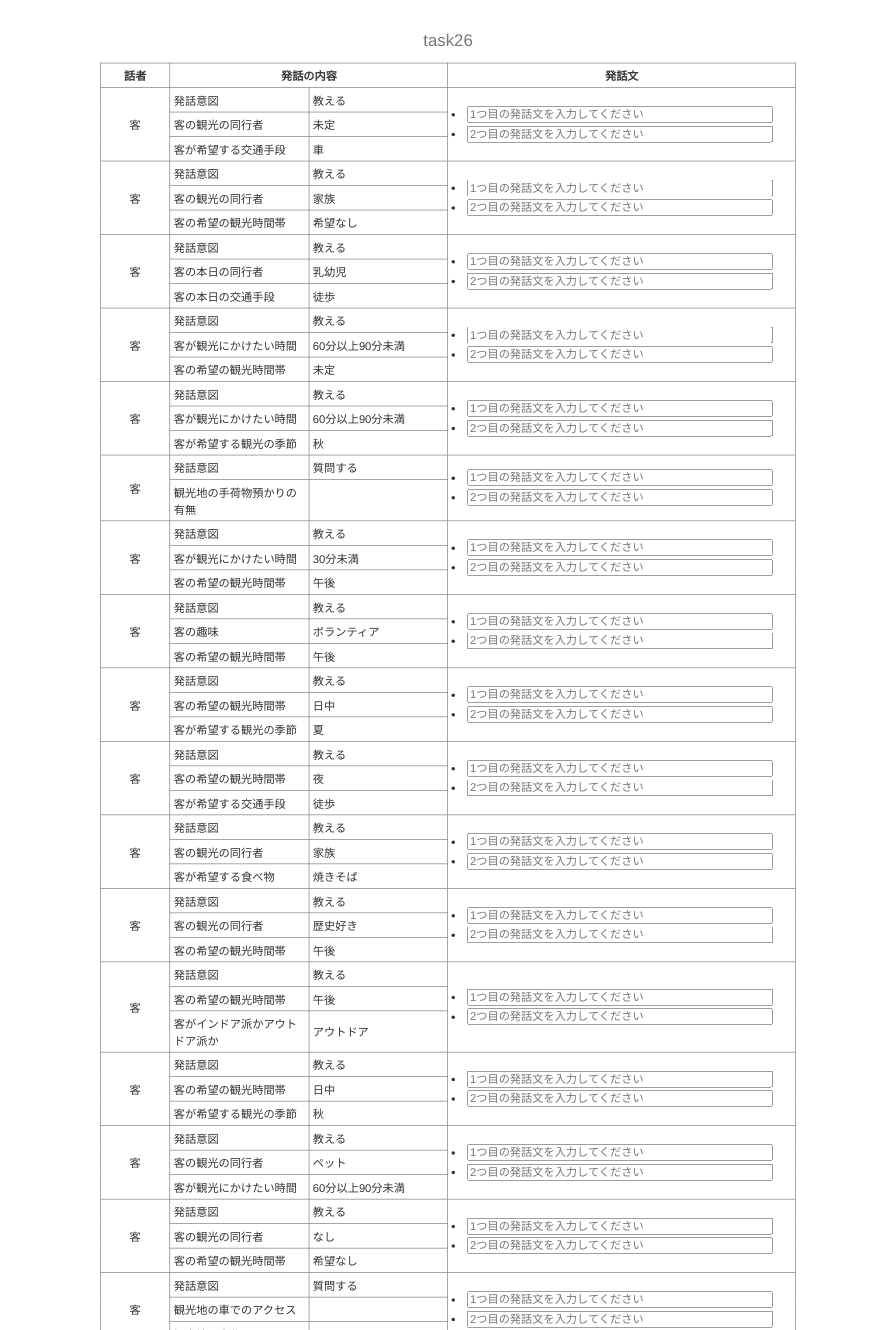
Repository: FlowRobocon/data_collection
Page: scbkfp0xf3u0.html
An editor plug-in stored every save of this project. The page is shown before and after the next save, followed by the edit.
The browser window is 1280 px wide. The pictures show the part of the page from y = 3602 to 5502 px (the page is 5943 px tall before and 5746 px after), at 70% of full size.
A picture or video elsewhere on the page could not be fetched, so the positions and the page height are approximate. Some web libraries are served in a nearby version.

Above is the page before, as saved 2022-08-08 17:51:24.

### scbkfp0xf3u0.html
<link rel="stylesheet" href="https://maxcdn.bootstrapcdn.com/bootstrap/3.3.7/css/bootstrap.min.css">

<head>
    <meta charset="utf-8">
    <title>発話作成ページ</title>
    <style>
        body {
            background-color: #ffffff;
            font-size: 16px;
        }

        td,
        th {
            padding: 5px;
        }

        p {
            clear: both;
        }

        .container {
            width: 80%;
        }

        .dialog-contents {
            background-color: lightgray;
        }

        figure.images {
            float: left;
            padding-right: 20px;
        }
    </style>
</head>

<body>
    <div class="container" id='Instruction'>
        <h2>作業概要</h2>
            <p>旅行代理店における後述の対話状況において，客の発話（話す言葉）を作成していただきます．作業内容は，<strong>指定される「発話の意図」および「発話に含めたい情報」を全て含んだ発話を作成する</strong>，というものです．</p>
            <!-- <p>※ 作業時間は40分程度と予想されます．<br>※
                <font color=red>本ページを再読み込みすると，それまでに入力された情報はすべてリセットされますのでご注意ください．</font>
            </p> -->
            <p>※<font color=red>本ページを再読み込みすると，それまでに入力された情報はすべてリセットされますのでご注意ください．</font></p>
            <h3>対話状況</h3>
                <ul style="background-color:lightgray;">
                    <li><strong>旅行代理店で客と店員（カウンターセールス）が会話している</strong></li>
                    <li><strong>客は</strong>，訪れる観光地を候補として2箇所決めており，そのどちらに行くかを店員と相談して決めたい</li>
                    <li><strong>店員は</strong>，2つの観光地の見所などを説明したり，客からの質問に答えたりしながら，観光地を決める手助けをする</li>
                </ul>
    </div>
    <div class="container" id="work">
        <h2>作業</h2>
        <p>
            <h3>1-1. CrowdWorksでのワーカーID・表示名を入力してください</h3>
            <p>ワーカーID：<input type="text" id="WorkerID" name="WorkerID" /></p>
            <p>表示名：<input type="text" id="WorkerName" name="WorkerName" /></p>
        </p>
        <!-- <p>
            <h3>1-2. ご自身の性別と年代を選択してください</h3>
            <p>
                性別：
                <input name="Gender" type="radio" value="M" />男性
                <input name="Gender" type="radio" value="F" />女性
                <input name="Gender" type="radio" value="O" />その他
            </p>
            <p>
                年齢：
                <input name="Age" type="radio" value="10~20" />10代
                <input name="Age" type="radio" value="20~30" />20代
                <input name="Age" type="radio" value="30~40" />30代
                <input name="Age" type="radio" value="40~50" />40代
                <input name="Age" type="radio" value="50~60" />50代
                <input name="Age" type="radio" value="60~" />60代以上
            </p>
        </p> -->
        <p>
            <h3>2-1. 2つの発話を作成してください</h3>
            <p>以下のガイドラインと注意事項によく目を通してから，本ページ下部の表を埋めるかたちで作業してください．</p>
            <p>
                <font color=maroon><strong>ガイドライン</strong></font>
            </p>
            <img src="figs/guidelines_image.png" width="900">
            <ul>
                <li>表の各行は，「話者」，「発話の内容」，「発話文」からなります．</li>
                <li><strong>「話者」の列には</strong>，客と店員の内，どちらの発話であるかが示されています</li>
                <li><strong>「発話の内容」の列には</strong>，あなたが作成するべき発話の意図や発話に含めたい情報が示されています．</li>
                <li><strong>「発話文」の列に</strong>，あなたが考えた「話者」が「発話の内容」を伝える際の発話文を記入します．まず，発話を<strong>一種類</strong>考えて上の入力欄に記入してください．次に，<strong>違う言い方</strong>で<strong>同じ内容</strong>を言う発話を考えて下の入力欄に記入してください．</li>
                <ul>
                    <li>発話の内容は同じまま，<strong>口調や表現，伝え方</strong>を変えることでバリエーションのある発話文を作成してください．</li>
                    <li>実際の旅行代理店で想定されるような，<strong>できるだけ自然な</strong>発話文を作成してください．</li>
                    <ul>
                        <li>テキスト文ではありますが，<strong>書き言葉ではなく</strong>対面で対話していることを想定した<strong>話し言葉</strong>で作成してください．</li>
                        <li>発話の丁寧さは，旅行代理店における対話において不自然でないと考えられる範囲で自由に設定してください．</li>
                    </ul>
                    <li>発話意図の説明は<a href="files/user_intent_explanation.pdf" target="_blank">こちら</a>をご覧ください．（CrowdWorksの添付ファイル「客の発話意図の説明.pdf」と同一の内容です）</li>
                    <li>一つの発話を複数の文で作成しても構いません．</li>
                    <li>「発話に含めたい情報」が複数指定されていることがあります．その際は，<strong>1つの発話だけ</strong>で<strong>全ての</strong>「発話に含めたい情報」を含むように発話を作成する必要があります．</li>
                        <p>【良い例】
                        <img src="figs/good_example1.png" width="900">
                        </p>
                        <p>【悪い例】
                        <img src="figs/bad_example1.png" width="900">
                        </p>
                        <li>複数の「発話に含めたい情報」を関連づけて発話文を作成しづらい場合は，「発話に含めたい情報」同士を強く関連づけず，並記するような発話文を作成していただいても大丈夫です．</li>
                    </li>
                    <li>"客の名前"に（※）が付いている場合には，話し相手をその名前で呼ぶような発話を作成してください．</li>
                    <ul>
                        <li>(例)「発話意図：質問する，客の名前（※）：鈴木，観光地への同行者：空欄」の場合</li>
                        <ul>
                            <li>「鈴木様はどなたとご観光される予定ですか？」</li>
                        </ul>
                    </ul>
                </ul>
            </ul>
            <!-- <img src="figs/1.png" width="900"> -->

            <p>
                <font color=maroon><strong>発話文を作成する際の注意事項</strong></font>
            </p>
            <ul>

                    <!-- <ul>
                        <li>指示文「<span style="background-color:lightgray">箕面大滝に関する追加情報を要求する</span>」にしたがって作成する場合
                            <ul>
                                <li>作成例：<span style="background-color:lightgray">もっと箕面大滝について知りたいんだけど</span></li>
                                <li>作成例：<span style="background-color:lightgray">箕面大滝ってどんなところなんですか</span></li>
                            </ul>
                        </li>
                    </ul>
                    <li>各時点の指示文に含まれない内容は発話文に含めないでください（直前の発話を含む，過去の店員や客の発話に含まれる観光地名なども使用しないでください）．また，各時点より先（未来）の対話の流れは考慮しないでください．</li>
                    <li><strong>指示文に<font color=blue>青色</font>で書かれた単語が含まれている場合は，<font color=maroon>その単語を必ずそのままの形で発話文に含めてください</font></strong>．
                        <ul>
                            <li>指示文「<span style="background-color:lightgray;"><font color=blue>民家集落博物館</font>への観光経験は無いことを伝える</span>」にしたがって作成する場合
                                <ul>
                                    <li><strong>良い例</strong>：<span style="background-color:lightgray">民家集落博物館は行ったことないな</span></li>
                                    <li><strong>悪い例</strong>：<span style="background-color:lightgray">民家博物館は行ったことないんです</span></li>
                                    <li><strong>悪い例</strong>：<span style="background-color:lightgray">行ったことないな</span></li>
                                </ul>
                            </li>
                        </ul>
                    </li> -->
                    <li>「発話の意図」および「発話に含めたい情報」の指定が20個並んでいますが，それぞれ前後との関係は無い独立のものとして作業を行ってください．</li>
                    <li><strong>発話文に絵文字や顔文字を含めないでください．</strong></li>
            </ul>

            <h3>2-2. 作成した発話データをダウンロードして，CrowdWorksで提出してください</h3>
            <p>表の下方に設置されている
                <font bold>ダウンロード</font>をクリックすることで，入力された発話データをCSV形式でダウンロードすることができます．ダウンロードした発話データをCrowdWorksの作業ページで提出してください．</p>
            <p>
                <font color=maroon><strong>対話データの提出に関する注意事項</strong></font>
            </p>
            <ul>
                <!-- <li>2つの対話には，それぞれのダウンロードボタンが設けられていますので，必ず両方の対話データをダウンロードして提出してください．</li> -->
                <li>ダウンロードされる発話データのCSVファイルは，中身の確認などのために<strong>開かないで</strong>ください．ワーカー様のPCで開いてしまうと，文字コードに問題が生じ，ファイルの中身が壊れてしまうことがあるためです．</li>
                <li>ダウンロード時に自動で開く設定になっている場合，開かれたファイルをもう一度保存したりせず，そのまま閉じてください．文字コードの関係上文字化けしたように見えるかもしれませんが，問題ありません．</li>
                <li>1度ダウンロードされた対話データのファイル名やファイルの中身は編集しないでください．</li>
                <li>ダウンロードボタンをクリックしても対話データをダウンロードできない場合，全てのフォームが正しく入力されていない可能性があります．上記1-1.~2-1.の作業が正しくできているかを確認してください．</li>
            </ul>
        </p>
        <p>上記全ての作業が正確に行われていることが確認でき次第，CrowdWorksにてお仕事を承認し報酬をお支払いします．ただし，<strong>作業がインストラクション通りに行われていない場合や，明らかに対話の流れに沿わない発話や無関係な発話が確認できた場合は，不適切とみなし非承認とすることがありますのでご注意ください</strong>．</p>

    </div>
    <div class="container" id='Table1'></div>
    <div class="container" id='submit_button-1'>
        <br>
        <center><button class="btn btn-primary" id="submit-1" onclick="submit(0)">ダウンロード</button></center>
        <br>
    </div>
<!--     <script src="data/example.js"></script> -->
    <script src="script.js"></script>
    <script src="https://ajax.googleapis.com/ajax/libs/jquery/3.2.1/jquery.min.js"></script>
    <script language="javascript" type="text/javascript">
        let task_id = Math.floor(Math.random()*50);
        var speaker = "user"
        var json_data = ""
        $.getJSON("data/da_list-2022-0724/da_list-user-max2/group0/task" + String(task_id) + ".json", function(json) {
        json_data = json
        // console.log(String(task_id))
        // console.log(json);
        document.getElementById('Table1').innerHTML = create_table(task_id, json_data);
        });
    </script>

</body>

### script.js
const shuffle = ([...array]) => {
    for (let i = array.length - 1; i >= 0; i--) {
        const j = Math.floor(Math.random() * (i + 1));
        [array[i], array[j]] = [array[j], array[i]];
    }
    return array;
};


function create_table(task_id, json_data) {
    // const json_data = '[{"id": 1,"speaker": "user","intent": "教える","slots": {"客の名前": "鈴木"}},{"id": 2,"speaker": "system","intent": "観光地の名称を確認する","slots": {"客の名前": "鈴木","観光地1の名称": "お台場海浜公園","観光地2の名称": "第三台場"}}]';
    const dialog = json_data;

    var t_re = "";
    let table_title = "task" + task_id;

    t_re += '<table border="1" style="width:100%" align="center">' +
        '<caption>' +
        '<div class="text-center">' +
        '</br></br>' +
        '<h3>' +
        table_title +
        '</h3>' +
        '</div>' +
        '</caption>' +
        '<tbody>' +
        '<th style="width:10%; text-align:center">話者</th>' +
        '<th style="width:40%; text-align:center" colspan="2">発話の内容</th>' +
        '<th style="width:50%; text-align:center">発話文</th>'

    for (var i = 0; i < dialog.length; i++) {
        var table_tmp = '<tr>'
        let rowspan = String(1+Object.keys(dialog[i].slots).length)
        if (dialog[i].speaker == "system") {
            table_tmp += '<td style="width:10%; text-align:center" rowspan='+ rowspan + '>店員</td>'
        } else if (dialog[i].speaker == "user") {
            table_tmp += '<td style="width:10%; text-align:center" rowspan='+ rowspan + '>客</td>'
        }

        table_tmp += '<td style="width:20%;">発話意図</td><td style="width:20%;">' + dialog[i].intent + '</td>'
        table_tmp += '<td rowspan=' + rowspan + '>' +
            '<li><input type="text" id="' + task_id + "_" + dialog[i].id + "_" + dialog[i].speaker + "_utterance1" + '" name="' + dialog[i].id + "_" + i + "_" + dialog[i].speaker + "_utterance1" + '" style="width:90%;margin:2 0px;resize:none" placeholder="1つ目の発話文を入力してください"/></li>' +
            '<li><input type="text" id="' + task_id + "_" + dialog[i].id + "_" + dialog[i].speaker + "_utterance2" + '" name="' + dialog[i].id + "_" + i + "_" + dialog[i].speaker + "_utterance2" + '" style="width:90%;margin:2 0px;resize:none" placeholder="2つ目の発話文を入力してください"/></li>' +
            '</td></tr>';
        for (var s = 0; s < Object.keys(dialog[i].slots).length; s++) {
            if (Object.values(dialog[i].slots)[s] == "?") {
                table_tmp += '<tr><td style="width:20%;">' + Object.keys(dialog[i].slots)[s] + '</td><td style="width:20%;"></td></tr>'
            } else {
                table_tmp += '<tr><td style="width:20%;">' + Object.keys(dialog[i].slots)[s] + '</td><td style="width:20%;">' + Object.values(dialog[i].slots)[s] + '</td></tr>'
            }
        }
        t_re += table_tmp;
    }
    return t_re
};


function download(filename, text) {
    var pom = document.createElement('a');
    pom.setAttribute('href', 'data:text/plain;charset=utf-8,' + encodeURIComponent(text));
    pom.setAttribute('download', filename);
    if (document.createEvent) {
        var event = document.createEvent('MouseEvents');
        event.initEvent('click', true, true);
        pom.dispatchEvent(event);
    } else {
        pom.click();
    }
};


function submit(table_id) {
    // var dialog = json_data;
    var all_checked = true;
    var text_write = "id,speaker,intent,slots.keys,slots.values,utterance1,utterance2\n";

    // var gender = "";
    // var age = "";
    for (var j = 0; j < document.getElementsByName("Gender").length; j++) {
        if (document.getElementsByName("Gender")[j].checked) {
            gender = document.getElementsByName("Gender")[j].value;
        }
    }

    for (var j = 0; j < document.getElementsByName("Age").length; j++) {
        if (document.getElementsByName("Age")[j].checked) {
            age = document.getElementsByName("Age")[j].value;
        }
    }

    // if (document.getElementById("WorkerID").value == "" || age == "" || gender == "") {
    if (document.getElementById("WorkerID").value == "" || document.getElementById("WorkerName").value == "") {
        all_checked = false;
        // alert("ワーカーID，性別，年代を入力してください．");
        alert("ワーカーID、CrowdWorksでの表示名を入力してください．");
        return;
    }

    for (var i = 0; i < json_data.length; i++) {
        var value_tmp = json_data[i].id + "," + json_data[i].speaker + "," + json_data[i].intent + ",";
        var value_tmp_slots_keys = "";
        var value_tmp_slots_values = "";
        for (var j = 0; j < Object.keys(json_data[i].slots).length; j++) {
            value_tmp_slots_keys += Object.keys(json_data[i].slots)[j] + " ";
            value_tmp_slots_values += Object.values(json_data[i].slots)[j] + " ";
        }
        value_tmp += value_tmp_slots_keys.trimRight() + "," + value_tmp_slots_values.trimRight() + ",";

        var replace1 = "";
        var replace2 = "";
        replace1 = document.getElementById(task_id + "_" + json_data[i].id + '_' + json_data[i].speaker + "_utterance1").value;
        replace2 = document.getElementById(task_id + "_" + json_data[i].id + '_' + json_data[i].speaker + "_utterance2").value;
        if (replace1 == "" || replace2 == "") {
            all_checked = false;
            alert("入力されていない発話があります．");
            return;
        } else {
            value_tmp += "\"" + replace1 + "\"" + "," + "\"" + replace2 + "\"";
        }
        text_write += value_tmp + "\n";
    }

    if (all_checked == true) download(speaker + "_" + table_id + "_" + task_id + "_" + document.getElementById("WorkerID").value + "_" + document.getElementById("WorkerName").value + ".csv", text_write);
    else alert("入力されていない発話があります．");
};

### data/da_list-2022-0724/da_list-user-max2/group0/task26.json
[
    {
        "id": "u00000401",
        "speaker": "user",
        "intent": "教える",
        "slots": {
            "客の観光の同行者": "未定",
            "客が希望する交通手段": "車"
        }
    },
    {
        "id": "u00000656",
        "speaker": "user",
        "intent": "教える",
        "slots": {
            "客の観光の同行者": "家族",
            "客の希望の観光時間帯": "希望なし"
        }
    },
    {
        "id": "u00001091",
        "speaker": "user",
        "intent": "教える",
        "slots": {
            "客の本日の同行者": "乳幼児",
            "客の本日の交通手段": "徒歩"
        }
    },
    {
        "id": "u00001048",
        "speaker": "user",
        "intent": "教える",
        "slots": {
            "客が観光にかけたい時間": "60分以上90分未満",
            "客の希望の観光時間帯": "未定"
        }
    },
    {
        "id": "u00000934",
        "speaker": "user",
        "intent": "教える",
        "slots": {
            "客が観光にかけたい時間": "60分以上90分未満",
            "客が希望する観光の季節": "秋"
        }
    },
    {
        "id": "u00000022",
        "speaker": "user",
        "intent": "質問する",
        "slots": {
            "観光地の手荷物預かりの有無": "?"
        }
    },
    {
        "id": "u00001040",
        "speaker": "user",
        "intent": "教える",
        "slots": {
            "客が観光にかけたい時間": "30分未満",
            "客の希望の観光時間帯": "午後"
        }
    },
    {
        "id": "u00001082",
        "speaker": "user",
        "intent": "教える",
        "slots": {
            "客の趣味": "ボランティア",
            "客の希望の観光時間帯": "午後"
        }
    },
    {
        "id": "u00000969",
        "speaker": "user",
        "intent": "教える",
        "slots": {
            "客の希望の観光時間帯": "日中",
            "客が希望する観光の季節": "夏"
        }
    },
    {
        "id": "u00000855",
        "speaker": "user",
        "intent": "教える",
        "slots": {
            "客の希望の観光時間帯": "夜",
            "客が希望する交通手段": "徒歩"
        }
    },
    {
        "id": "u00000475",
        "speaker": "user",
        "intent": "教える",
        "slots": {
            "客の観光の同行者": "家族",
            "客が希望する食べ物": "焼きそば"
        }
    },
    {
        "id": "u00000677",
        "speaker": "user",
        "intent": "教える",
        "slots": {
            "客の観光の同行者": "歴史好き",
            "客の希望の観光時間帯": "午後"
        }
    },
    {
        "id": "u00001146",
        "speaker": "user",
        "intent": "教える",
        "slots": {
            "客の希望の観光時間帯": "午後",
            "客がインドア派かアウトドア派か": "アウトドア"
        }
    },
    {
        "id": "u00000970",
        "speaker": "user",
        "intent": "教える",
        "slots": {
            "客の希望の観光時間帯": "日中",
            "客が希望する観光の季節": "秋"
        }
    },
    {
        "id": "u00000595",
        "speaker": "user",
        "intent": "教える",
        "slots": {
            "客の観光の同行者": "ペット",
            "客が観光にかけたい時間": "60分以上90分未満"
        }
    },
    {
        "id": "u00000626",
        "speaker": "user",
        "intent": "教える",
        "slots": {
            "客の観光の同行者": "なし",
            "客の希望の観光時間帯": "希望なし"
        }
    },
    {
        "id": "u00000135",
        "speaker": "user",
        "intent": "質問する",
        "slots": {
            "観光地の車でのアクセス": "?",
            "観光地の定休日": "?"
        }
    },
    {
        "id": "u00000241",
        "speaker": "user",
        "intent": "質問する",
        "slots": {
            "観光地の広さ": "?",
            "観光地のWi-Fiの有無": "?"
        }
    },
    {
        "id": "u00000194",
        "speaker": "user",
        "intent": "質問する",
        "slots": {
            "観光地のお土産": "?",
            "観光地の予約要否": "?"
        }
    },
    {
        "id": "u00000708",
        "speaker": "user",
        "intent": "教える",
        "slots": {
            "客の観光の同行者": "歴史好き",
            "客がインドア派かアウトドア派か": "アウトドア"
        }
    }
]

### data/da_list-2022-0808/da_list-user-max2/group0/task13.json
[
    {
        "id": "u00000246",
        "speaker": "user",
        "intent": "質問する",
        "slots": {
            "観光地の手荷物預かりの有無": "?",
            "観光地の飲食物持ち込みの可否": "?"
        }
    },
    {
        "id": "u00000803",
        "speaker": "user",
        "intent": "教える",
        "slots": {
            "客が観光にかけたい時間": "90分以上",
            "客が希望する交通手段": "バス"
        }
    },
    {
        "id": "u00000089",
        "speaker": "user",
        "intent": "質問する",
        "slots": {
            "観光地の名称": "?",
            "観光地のすいている曜日，時間帯": "?"
        }
    },
    {
        "id": "u00000720",
        "speaker": "user",
        "intent": "教える",
        "slots": {
            "客が希望する交通手段": "未定",
            "客が希望する観光の季節": "秋"
        }
    },
    {
        "id": "u10000049",
        "speaker": "user",
        "intent": "教える",
        "slots": {
            "客の観光の同行者": "女性"
        }
    },
    {
        "id": "u00000395",
        "speaker": "user",
        "intent": "教える",
        "slots": {
            "客の名前": "山田",
            "客の本日の交通手段": "バス"
        }
    },
    {
        "id": "u00000885",
        "speaker": "user",
        "intent": "教える",
        "slots": {
            "客が観光にかけたい時間": "希望なし",
            "客が希望する食べ物": "餃子"
        }
    },
    {
        "id": "u10000016",
        "speaker": "user",
        "intent": "質問する",
        "slots": {
            "観光地が雨天でも楽しめるか": "?"
        }
    },
    {
        "id": "u10000036",
        "speaker": "user",
        "intent": "質問する",
        "slots": {
            "観光地周辺のレストランのジャンル": "?"
        }
    },
    {
        "id": "u00000531",
        "speaker": "user",
        "intent": "教える",
        "slots": {
            "客の観光の同行者": "女性",
            "客が希望する観光の季節": "秋"
        }
    },
    {
        "id": "u10000084",
        "speaker": "user",
        "intent": "教える",
        "slots": {
            "客の本日の交通手段": "電車"
        }
    },
    {
        "id": "u00000914",
        "speaker": "user",
        "intent": "教える",
        "slots": {
            "客が観光にかけたい時間": "希望なし",
            "客が希望する観光の季節": "春"
        }
    },
    {
        "id": "u00000364",
        "speaker": "user",
        "intent": "教える",
        "slots": {
            "客の本日の同行者": "子供"
        }
    },
    {
        "id": "u10000058",
        "speaker": "user",
        "intent": "教える",
        "slots": {
            "客が希望する食べ物": "クレープ"
        }
    },
    {
        "id": "u00000847",
        "speaker": "user",
        "intent": "教える",
        "slots": {
            "客の希望の観光時間帯": "午後",
            "客が希望する交通手段": "公共交通機関"
        }
    },
    {
        "id": "u10000060",
        "speaker": "user",
        "intent": "教える",
        "slots": {
            "客が希望する観光の季節": "希望なし"
        }
    },
    {
        "id": "u00000481",
        "speaker": "user",
        "intent": "教える",
        "slots": {
            "客の観光の同行者": "未定",
            "客が希望する観光の季節": "春"
        }
    },
    {
        "id": "u10000019",
        "speaker": "user",
        "intent": "質問する",
        "slots": {
            "観光地の割引": "?"
        }
    },
    {
        "id": "u00000788",
        "speaker": "user",
        "intent": "教える",
        "slots": {
            "客が観光にかけたい時間": "30分以上60未満",
            "客が希望する交通手段": "車"
        }
    },
    {
        "id": "u00000669",
        "speaker": "user",
        "intent": "教える",
        "slots": {
            "客の観光の同行者": "女性",
            "客の希望の観光時間帯": "朝"
        }
    }
]

After the next save:
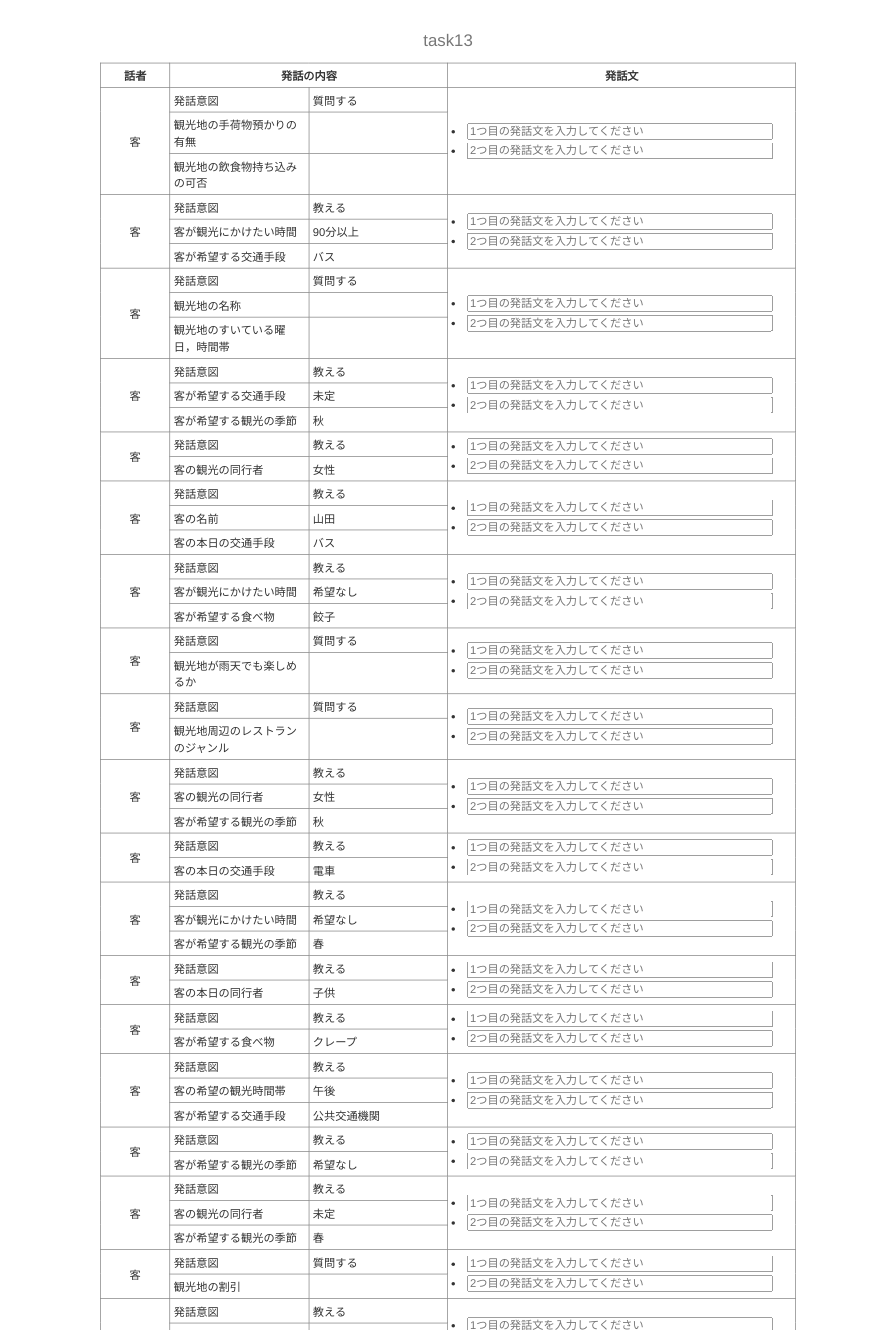
Saved 38 s later.
--- a/scbkfp0xf3u0.html
+++ b/scbkfp0xf3u0.html
@@ -170,10 +170,10 @@
     <script src="script.js"></script>
     <script src="https://ajax.googleapis.com/ajax/libs/jquery/3.2.1/jquery.min.js"></script>
     <script language="javascript" type="text/javascript">
-        let task_id = Math.floor(Math.random()*50);
+        let task_id = Math.floor(Math.random()*25);
         var speaker = "user"
         var json_data = ""
-        $.getJSON("data/da_list-2022-0724/da_list-user-max2/group0/task" + String(task_id) + ".json", function(json) {
+        $.getJSON("data/da_list-2022-0808/da_list-user-max2/group0/task" + String(task_id) + ".json", function(json) {
         json_data = json
         // console.log(String(task_id))
         // console.log(json);
